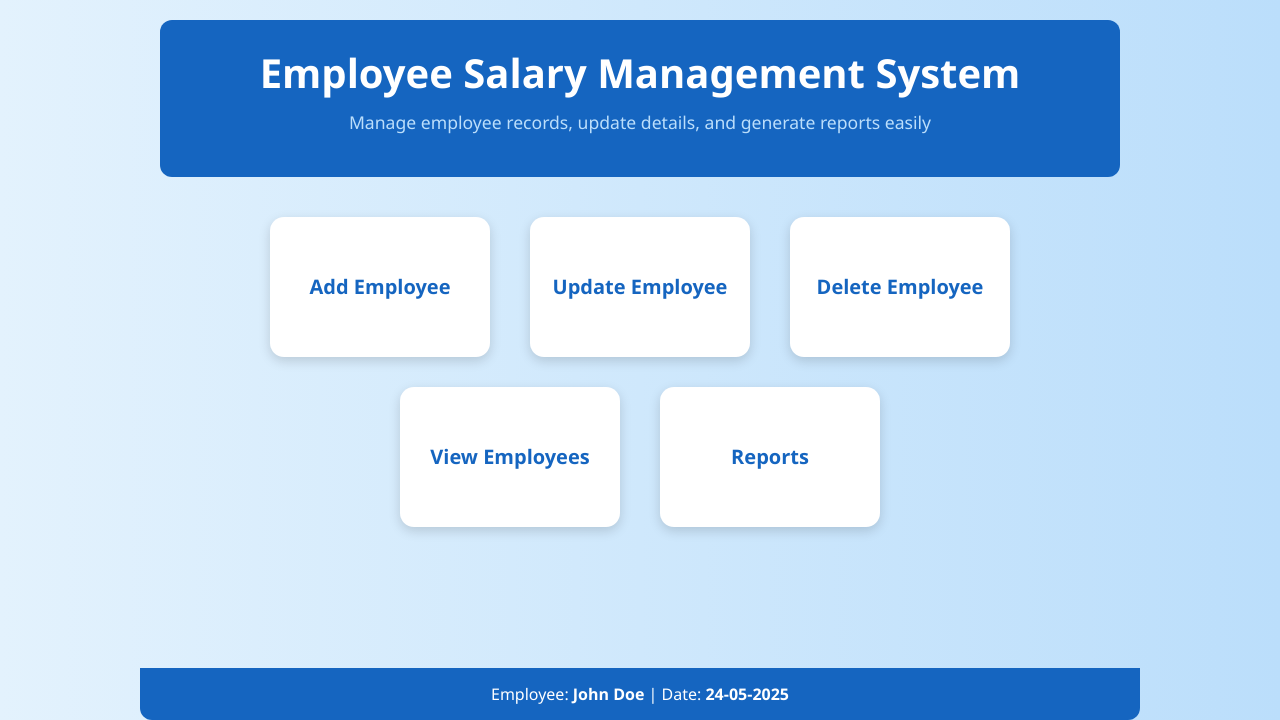
Repository: sweekrithishetty28/Employee_Salary_Management
Page: http://localhost/EmployeeWebApp/
The author's editor kept a copy of each file at every save. The page is drawn from the files as they stood at one save, then again after the next save.
The browser window is 1280 px wide. The pictures show the whole page.
The page is served by Tomcat 9. Other server files are loaded and not shown.

Above is the page before, as saved 2025-05-27 07:23:25.

### Employee Salary Mangement/EmployeeWebApp/src/main/webapp/index.jsp
<%@ page language="java" contentType="text/html; charset=UTF-8" pageEncoding="UTF-8"%>
<%@ page import="java.util.Date, java.text.SimpleDateFormat" %>
<%
    // Set employee name here (replace with actual logic if needed)
    String employeeName = "John Doe";

    // Get current date formatted
    SimpleDateFormat sdf = new SimpleDateFormat("dd-MM-yyyy");
    String currentDate = sdf.format(new Date());
%>
<!DOCTYPE html>
<html lang="en">
<head>
    <meta charset="UTF-8" />
    <title>Employee Salary Management System</title>
    <meta name="viewport" content="width=device-width, initial-scale=1" />
    <style>
        /* Reset and base */
        * {
            box-sizing: border-box;
        }
        body, html {
            margin: 0; padding: 0;
            height: 100%;
            font-family: 'Segoe UI', Tahoma, Geneva, Verdana, sans-serif;
            background: linear-gradient(to right, #e3f2fd, #bbdefb);
            display: flex;
            flex-direction: column;
            min-height: 100vh;
            width: 100vw;
        }

        /* Main container fills screen except footer */
        .main-container {
            flex: 1;
            display: flex;
            flex-direction: column;
            align-items: center;
            padding: 20px;
            max-width: 1000px;
            margin: 0 auto;
            width: 100%;
            box-sizing: border-box;
        }

        .header {
            background-color: #1565c0;
            color: white;
            padding: 25px 40px;
            border-radius: 12px;
            text-align: center;
            width: 100%;
            box-sizing: border-box;
            margin-bottom: 40px;
        }

        .header h1 {
            margin: 0;
            font-size: 2.5rem;
        }

        .header p {
            margin-top: 10px;
            font-size: 1.1rem;
            color: #bbdefb;
        }

        /* Container for nav cards */
        .nav-container {
            width: 100%;
            display: flex;
            flex-direction: column;
            gap: 30px;
            align-items: center;
        }

        .nav-row {
            display: flex;
            justify-content: center;
            gap: 40px;
            width: 100%;
            flex-wrap: nowrap;
        }

        .nav-card {
            background-color: white;
            border-radius: 14px;
            box-shadow: 0 4px 12px rgba(0,0,0,0.15);
            width: 220px;
            height: 140px;
            display: flex;
            flex-direction: column;
            justify-content: center;
            align-items: center;
            text-decoration: none;
            color: #1565c0;
            font-weight: 600;
            font-size: 1.25rem;
            cursor: pointer;
            transition: transform 0.2s ease, box-shadow 0.2s ease;
            user-select: none;
            border: 2px solid transparent;
        }

        .nav-card:hover {
            transform: translateY(-6px);
            box-shadow: 0 10px 20px rgba(21, 101, 192, 0.4);
            border-color: #1565c0;
            color: #0d47a1;
        }

        /* Loading Overlay */
        .loading-overlay {
            display: none;
            position: fixed;
            top: 0; left: 0;
            width: 100%; height: 100%;
            background: rgba(0, 0, 0, 0.5);
            z-index: 1000;
            justify-content: center;
            align-items: center;
        }

        .loading-content {
            background: #fff;
            padding: 30px 40px;
            border-radius: 10px;
            text-align: center;
            box-shadow: 0 0 20px rgba(0,0,0,0.25);
        }

        .spinner {
            width: 40px;
            height: 40px;
            border: 4px solid #ccc;
            border-top: 4px solid #1565c0;
            border-radius: 50%;
            animation: spin 1s linear infinite;
            margin: 0 auto 15px;
        }

        @keyframes spin {
            to { transform: rotate(360deg); }
        }

        /* Footer */
        footer {
            background-color: #1565c0;
            color: white;
            padding: 15px 40px;
            text-align: center;
            font-size: 1rem;
            width: 100%;
            max-width: 1000px;
            margin: 0 auto;
            box-sizing: border-box;
            border-radius: 0 0 12px 12px;
            user-select: none;
        }

        /* Responsive */
        @media (max-width: 720px) {
            .nav-row {
                flex-wrap: wrap;
                gap: 20px;
                justify-content: center;
            }

            .nav-card {
                width: 45vw;
                max-width: 220px;
                height: 120px;
                font-size: 1.1rem;
            }
        }
    </style>
</head>
<body>

<div class="main-container">
    <div class="header">
        <h1>Employee Salary Management System</h1>
        <p>Manage employee records, update details, and generate reports easily</p>
    </div>

    <div class="nav-container">
        <!-- First row: Add, Update, Delete -->
        <div class="nav-row">
            <a href="addEmployee.jsp" class="nav-card">Add Employee</a>
            <a href="updateEmployee.jsp" class="nav-card">Update Employee</a>
            <a href="deleteEmployee.jsp" class="nav-card">Delete Employee</a>
        </div>

        <!-- Second row: View, Reports -->
        <div class="nav-row" style="max-width: 480px; justify-content: space-evenly;">
            <a href="viewEmployees.jsp" class="nav-card">View Employees</a>
            <a href="reports.jsp" class="nav-card">Reports</a>
        </div>
    </div>
</div>

<footer>
    <div>Employee: <strong><%= employeeName %></strong> | Date: <strong><%= currentDate %></strong></div>
</footer>

<!-- Loading overlay -->
<div class="loading-overlay" id="loadingOverlay">
    <div class="loading-content">
        <div class="spinner"></div>
        <p>Loading, please wait...</p>
    </div>
</div>

<script>
    // Show loading overlay on nav-card click
    document.querySelectorAll('.nav-card').forEach(card => {
        card.addEventListener('click', () => {
            document.getElementById('loadingOverlay').style.display = 'flex';
        });
    });
</script>

</body>
</html>

After the next save:
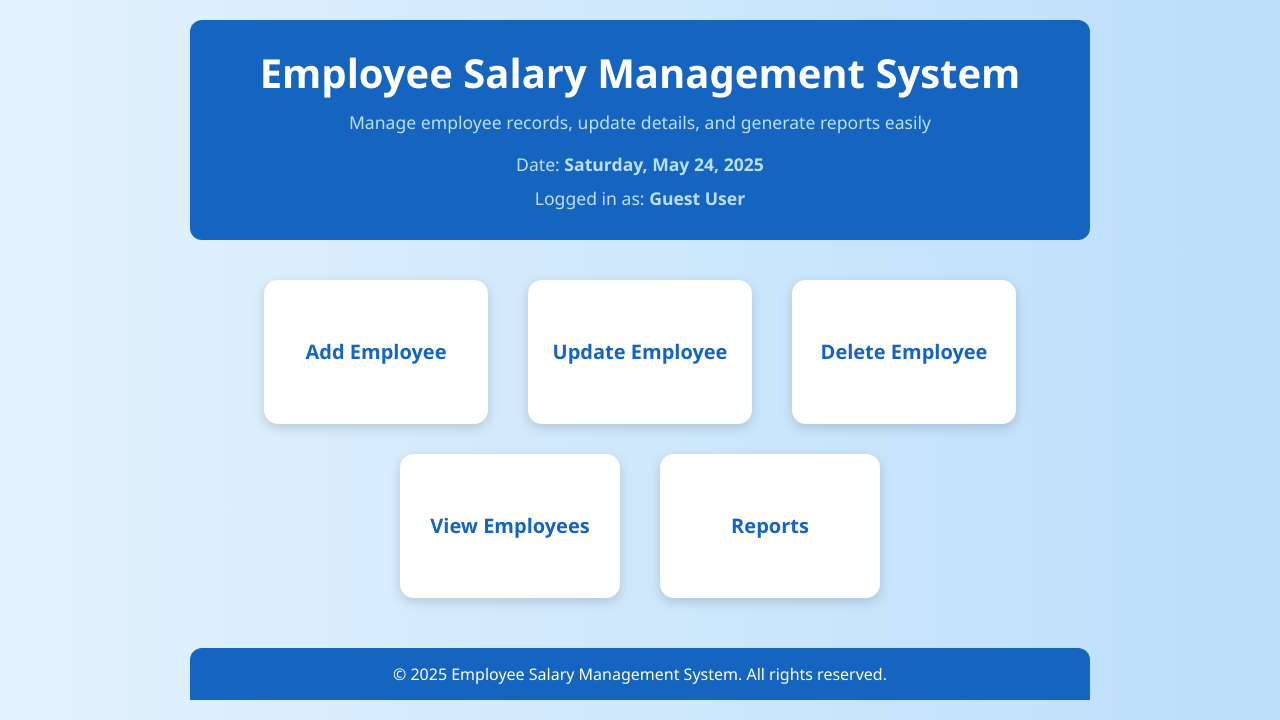
Saved 103 s later.
--- a/Employee Salary Mangement/EmployeeWebApp/src/main/webapp/index.jsp
+++ b/Employee Salary Mangement/EmployeeWebApp/src/main/webapp/index.jsp
@@ -1,13 +1,4 @@
-<%@ page language="java" contentType="text/html; charset=UTF-8" pageEncoding="UTF-8"%>
-<%@ page import="java.util.Date, java.text.SimpleDateFormat" %>
-<%
-    // Set employee name here (replace with actual logic if needed)
-    String employeeName = "John Doe";
-
-    // Get current date formatted
-    SimpleDateFormat sdf = new SimpleDateFormat("dd-MM-yyyy");
-    String currentDate = sdf.format(new Date());
-%>
+<%@ page language="java" contentType="text/html; charset=UTF-8" pageEncoding="UTF-8" import="java.util.Date, java.text.SimpleDateFormat"%>
 <!DOCTYPE html>
 <html lang="en">
 <head>
@@ -15,13 +6,9 @@
     <title>Employee Salary Management System</title>
     <meta name="viewport" content="width=device-width, initial-scale=1" />
     <style>
-        /* Reset and base */
-        * {
-            box-sizing: border-box;
-        }
-        body, html {
-            margin: 0; padding: 0;
-            height: 100%;
+        /* Make body use full width and height */
+        html, body {
+            margin: 0; padding: 0; height: 100%;
             font-family: 'Segoe UI', Tahoma, Geneva, Verdana, sans-serif;
             background: linear-gradient(to right, #e3f2fd, #bbdefb);
             display: flex;
@@ -30,16 +17,10 @@
             width: 100vw;
         }
 
-        /* Main container fills screen except footer */
-        .main-container {
-            flex: 1;
-            display: flex;
-            flex-direction: column;
-            align-items: center;
-            padding: 20px;
-            max-width: 1000px;
-            margin: 0 auto;
-            width: 100%;
+        body {
+            align-items: center;
+            justify-content: flex-start;
+            padding: 20px 0;
             box-sizing: border-box;
         }
 
@@ -49,7 +30,8 @@
             padding: 25px 40px;
             border-radius: 12px;
             text-align: center;
-            width: 100%;
+            width: 90vw;
+            max-width: 900px;
             box-sizing: border-box;
             margin-bottom: 40px;
         }
@@ -59,21 +41,29 @@
             font-size: 2.5rem;
         }
 
-        .header p {
+        .header p, .header .info {
             margin-top: 10px;
             font-size: 1.1rem;
             color: #bbdefb;
         }
 
+        .header .info {
+            font-weight: 500;
+            margin-bottom: 5px;
+        }
+
         /* Container for nav cards */
         .nav-container {
-            width: 100%;
+            width: 90vw;
+            max-width: 900px;
             display: flex;
             flex-direction: column;
             gap: 30px;
             align-items: center;
-        }
-
+            flex-grow: 1; /* So footer is pushed to bottom */
+        }
+
+        /* Each row container */
         .nav-row {
             display: flex;
             justify-content: center;
@@ -82,6 +72,7 @@
             flex-wrap: nowrap;
         }
 
+        /* Cards */
         .nav-card {
             background-color: white;
             border-radius: 14px;
@@ -143,22 +134,7 @@
             to { transform: rotate(360deg); }
         }
 
-        /* Footer */
-        footer {
-            background-color: #1565c0;
-            color: white;
-            padding: 15px 40px;
-            text-align: center;
-            font-size: 1rem;
-            width: 100%;
-            max-width: 1000px;
-            margin: 0 auto;
-            box-sizing: border-box;
-            border-radius: 0 0 12px 12px;
-            user-select: none;
-        }
-
-        /* Responsive */
+        /* Responsive: wrap rows on smaller screens */
         @media (max-width: 720px) {
             .nav-row {
                 flex-wrap: wrap;
@@ -173,35 +149,59 @@
                 font-size: 1.1rem;
             }
         }
+
+        /* Footer styling */
+        footer {
+            background-color: #1565c0;
+            color: white;
+            padding: 15px 40px;
+            border-radius: 12px 12px 0 0;
+            text-align: center;
+            width: 90vw;
+            max-width: 900px;
+            box-sizing: border-box;
+            margin-top: 40px;
+            font-size: 1rem;
+            user-select: none;
+        }
     </style>
 </head>
 <body>
 
-<div class="main-container">
-    <div class="header">
-        <h1>Employee Salary Management System</h1>
-        <p>Manage employee records, update details, and generate reports easily</p>
+<%
+    // Current date formatting
+    Date now = new Date();
+    SimpleDateFormat sdf = new SimpleDateFormat("EEEE, MMMM dd, yyyy");
+    String currentDate = sdf.format(now);
+
+    // Assuming employee name is stored in session attribute "employeeName"
+    String employeeName = (String) session.getAttribute("employeeName");
+    if(employeeName == null || employeeName.trim().isEmpty()) {
+        employeeName = "Guest User"; // fallback name
+    }
+%>
+
+<div class="header">
+    <h1>Employee Salary Management System</h1>
+    <p>Manage employee records, update details, and generate reports easily</p>
+    <div class="info">Date: <strong><%= currentDate %></strong></div>
+    <div class="info">Logged in as: <strong><%= employeeName %></strong></div>
+</div>
+
+<div class="nav-container">
+    <!-- First row: Add, Update, Delete -->
+    <div class="nav-row">
+        <a href="addEmployee.jsp" class="nav-card">Add Employee</a>
+        <a href="updateEmployee.jsp" class="nav-card">Update Employee</a>
+        <a href="deleteEmployee.jsp" class="nav-card">Delete Employee</a>
     </div>
 
-    <div class="nav-container">
-        <!-- First row: Add, Update, Delete -->
-        <div class="nav-row">
-            <a href="addEmployee.jsp" class="nav-card">Add Employee</a>
-            <a href="updateEmployee.jsp" class="nav-card">Update Employee</a>
-            <a href="deleteEmployee.jsp" class="nav-card">Delete Employee</a>
-        </div>
-
-        <!-- Second row: View, Reports -->
-        <div class="nav-row" style="max-width: 480px; justify-content: space-evenly;">
-            <a href="viewEmployees.jsp" class="nav-card">View Employees</a>
-            <a href="reports.jsp" class="nav-card">Reports</a>
-        </div>
+    <!-- Second row: View, Reports -->
+    <div class="nav-row" style="max-width: 480px; justify-content: space-evenly;">
+        <a href="viewEmployees.jsp" class="nav-card">View Employees</a>
+        <a href="reports.jsp" class="nav-card">Reports</a>
     </div>
 </div>
-
-<footer>
-    <div>Employee: <strong><%= employeeName %></strong> | Date: <strong><%= currentDate %></strong></div>
-</footer>
 
 <!-- Loading overlay -->
 <div class="loading-overlay" id="loadingOverlay">
@@ -210,6 +210,10 @@
         <p>Loading, please wait...</p>
     </div>
 </div>
+
+<footer>
+    &copy; <%= (new SimpleDateFormat("yyyy")).format(now) %> Employee Salary Management System. All rights reserved.
+</footer>
 
 <script>
     // Show loading overlay on nav-card click
